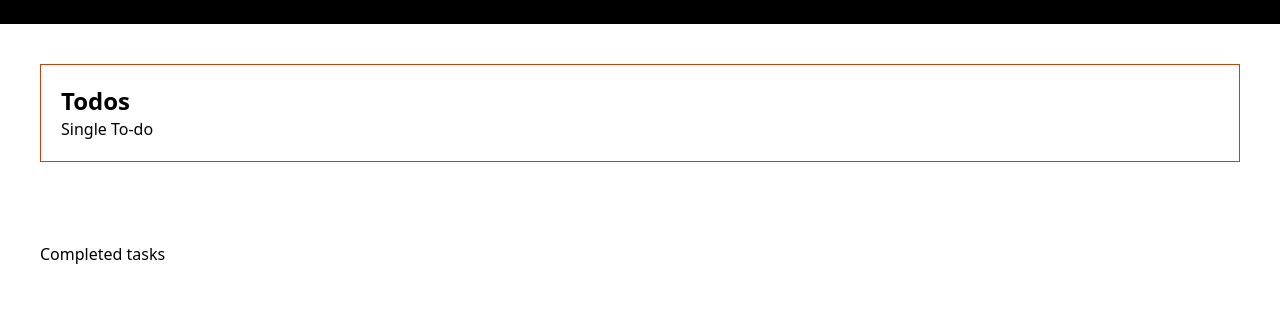
Repository: thekingisherenow/personalTodo
Page: /
These files come from the project's save history. The page is drawn as it stood at one moment and after the next save; the edit follows.
The browser window is 1280 px wide. The pictures show the whole page.
The project was rebuilt for these pictures with package versions that can differ from the ones it lists, and the page was loaded fresh each time. The framework's server and built-in components were replaced by stand-ins that run in the browser. Also part of the build but not shown: next.config.js, styles/Home.module.css.

Above is the page before, as saved 2022-12-15 14:56:45.

After the next save:
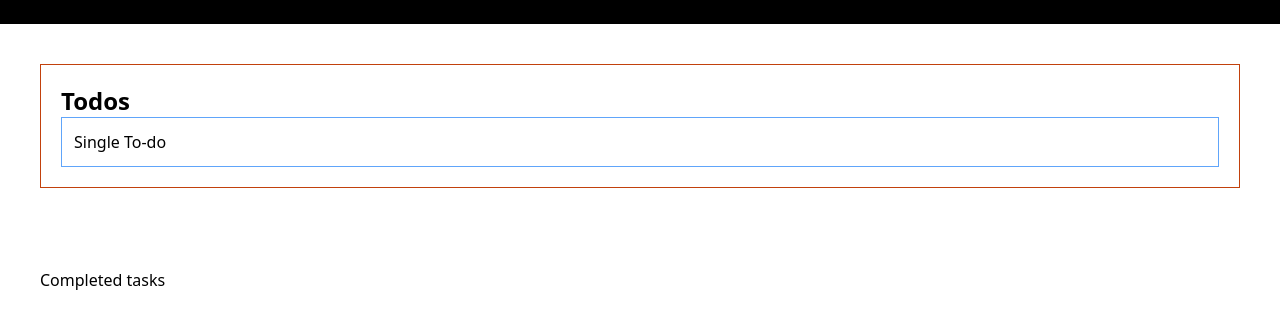
Saved 31 s later.
--- a/components/Todo.js
+++ b/components/Todo.js
@@ -2,7 +2,7 @@ import React from 'react'
 
 function Todo() {
   return (
-    <div>
+    <div className='border border-blue-400 p-3'>
       Single To-do
     </div>
   )
